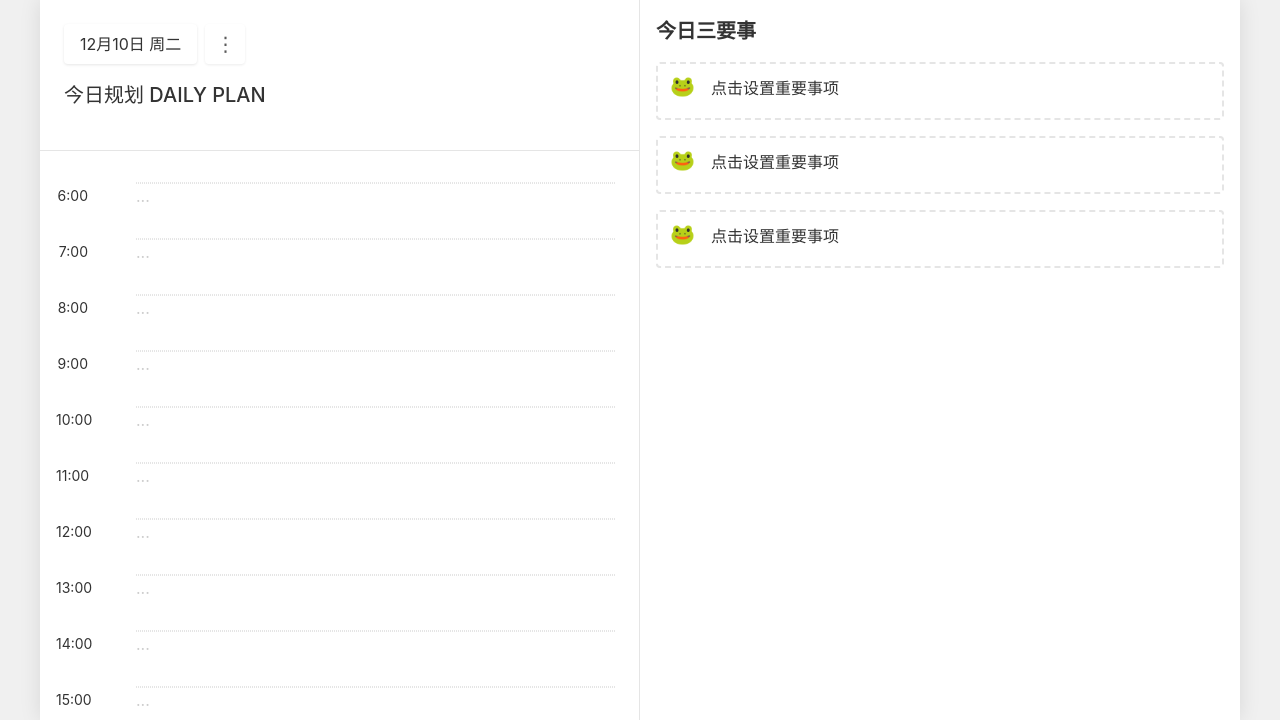
Repository: a6288a/Daily-Planner
Page: index.html
The author's editor kept a copy of each file at every save. The page is drawn from the files as they stood at one save, then again after the next save.
The browser window is 1280 px wide. The pictures show the whole page.
An inner scrolling area shows only its first screen.

Above is the page before, as saved 2024-12-10 18:27:37.

After the next save:
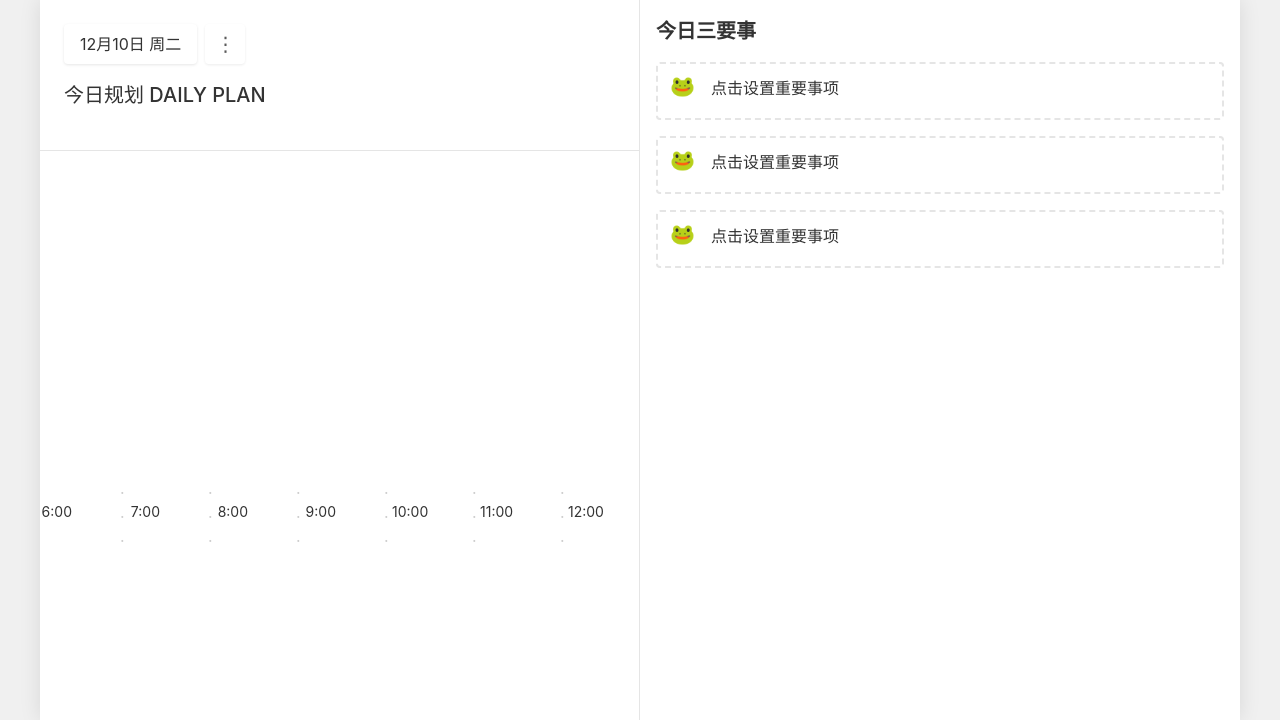
Saved 8 s later.
--- a/styles.css
+++ b/styles.css
@@ -78,7 +78,71 @@
 }
 
 .timeline-container {
-    padding: calc(var(--spacing-unit) * 2);
+    display: flex;
+    height: 100%;
+    position: relative;
+}
+
+.timeline-labels {
+    width: 60px;
+    flex-shrink: 0;
+    padding-top: 8px;
+    border-right: 1px solid var(--line-color);
+}
+
+.timeline-label {
+    height: 60px;
+    display: flex;
+    align-items: center;
+    justify-content: center;
+    color: var(--ink-color);
+    font-size: 0.875rem;
+}
+
+.timeline-content-area {
+    flex: 1;
+    position: relative;
+    padding: 8px;
+    min-height: 100%;
+    background: linear-gradient(to bottom, var(--line-color) 1px, transparent 1px);
+    background-size: 100% 60px;
+}
+
+.timeline-note {
+    position: absolute;
+    left: 8px;
+    right: 8px;
+    min-height: 60px; /* 一个小时的高度 */
+    background: var(--paper-color);
+    border-radius: 4px;
+    box-shadow: 0 1px 3px rgba(0,0,0,0.1);
+    cursor: move;
+    padding: 8px;
+    font-size: 0.875rem;
+    transition: box-shadow 0.2s ease;
+}
+
+.timeline-note:hover {
+    box-shadow: 0 2px 6px rgba(0,0,0,0.15);
+}
+
+.timeline-note.dragging {
+    opacity: 0.8;
+    box-shadow: 0 4px 8px rgba(0,0,0,0.2);
+}
+
+.timeline-note .resize-handle {
+    position: absolute;
+    bottom: 0;
+    left: 0;
+    right: 0;
+    height: 6px;
+    cursor: row-resize;
+    background: transparent;
+}
+
+.timeline-note .resize-handle:hover {
+    background: rgba(0,0,0,0.05);
 }
 
 .time-slot {
@@ -209,7 +273,7 @@
     }
 }
 
-/* 滚动条美化 */
+/* 滚动条美��� */
 ::-webkit-scrollbar {
     width: 8px;
 }

After the save that followed:
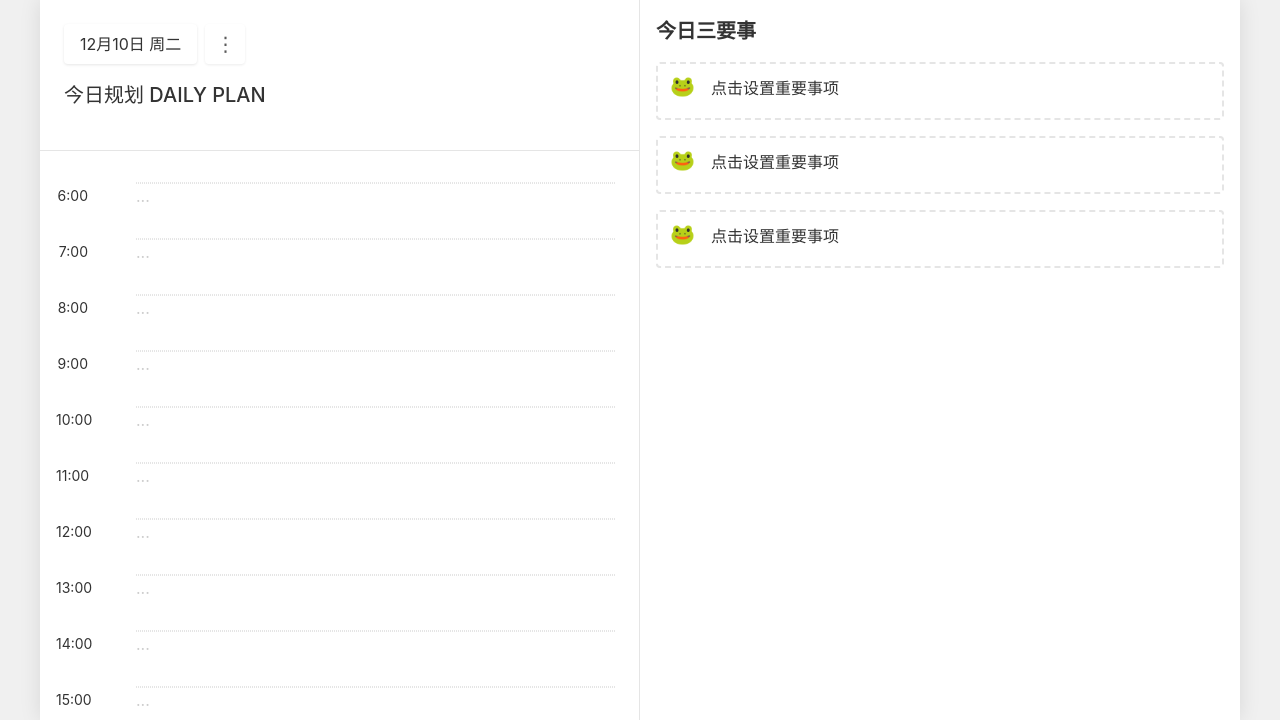
Saved 28 s later.
--- a/index.html
+++ b/index.html
@@ -27,14 +27,7 @@
                 <h1 class="page-title">今日规划 DAILY PLAN</h1>
             </div>
             <div class="timeline-container" id="timeline-container">
-                <!-- 左侧时间标签 -->
-                <div class="timeline-labels">
-                    <!-- 时间标签将通过 JS 动态生成 -->
-                </div>
-                <!-- 右侧内容区域 -->
-                <div class="timeline-content-area">
-                    <!-- 时间便签将通过 JS 动态生成 -->
-                </div>
+                <!-- 时间轴将通过 JS 动态生成 -->
             </div>
         </div>
 
--- a/styles.css
+++ b/styles.css
@@ -78,71 +78,7 @@
 }
 
 .timeline-container {
-    display: flex;
-    height: 100%;
-    position: relative;
-}
-
-.timeline-labels {
-    width: 60px;
-    flex-shrink: 0;
-    padding-top: 8px;
-    border-right: 1px solid var(--line-color);
-}
-
-.timeline-label {
-    height: 60px;
-    display: flex;
-    align-items: center;
-    justify-content: center;
-    color: var(--ink-color);
-    font-size: 0.875rem;
-}
-
-.timeline-content-area {
-    flex: 1;
-    position: relative;
-    padding: 8px;
-    min-height: 100%;
-    background: linear-gradient(to bottom, var(--line-color) 1px, transparent 1px);
-    background-size: 100% 60px;
-}
-
-.timeline-note {
-    position: absolute;
-    left: 8px;
-    right: 8px;
-    min-height: 60px; /* 一个小时的高度 */
-    background: var(--paper-color);
-    border-radius: 4px;
-    box-shadow: 0 1px 3px rgba(0,0,0,0.1);
-    cursor: move;
-    padding: 8px;
-    font-size: 0.875rem;
-    transition: box-shadow 0.2s ease;
-}
-
-.timeline-note:hover {
-    box-shadow: 0 2px 6px rgba(0,0,0,0.15);
-}
-
-.timeline-note.dragging {
-    opacity: 0.8;
-    box-shadow: 0 4px 8px rgba(0,0,0,0.2);
-}
-
-.timeline-note .resize-handle {
-    position: absolute;
-    bottom: 0;
-    left: 0;
-    right: 0;
-    height: 6px;
-    cursor: row-resize;
-    background: transparent;
-}
-
-.timeline-note .resize-handle:hover {
-    background: rgba(0,0,0,0.05);
+    padding: calc(var(--spacing-unit) * 2);
 }
 
 .time-slot {
@@ -273,7 +209,7 @@
     }
 }
 
-/* 滚动条美��� */
+/* 滚动条美化 */
 ::-webkit-scrollbar {
     width: 8px;
 }
